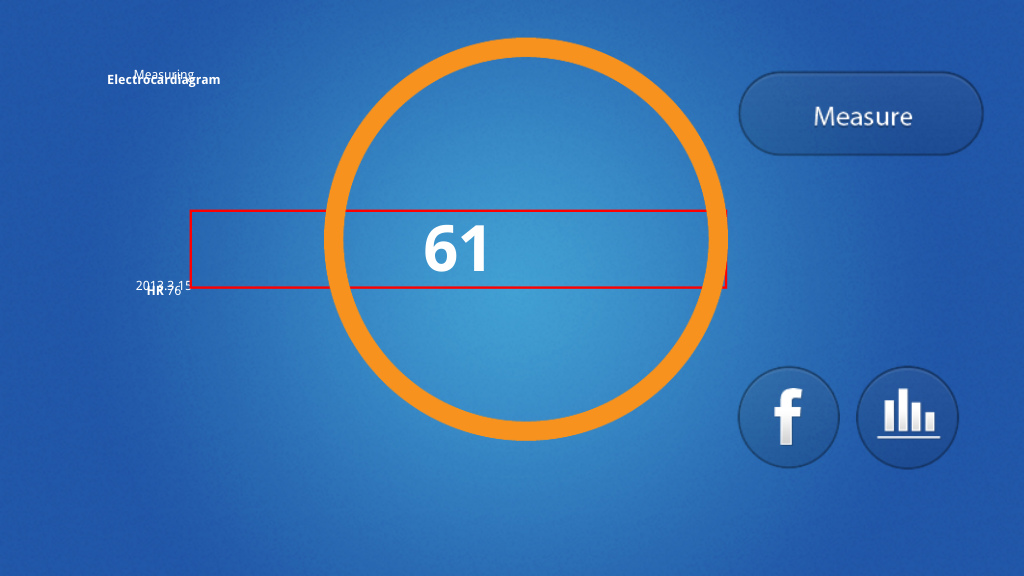
Repository: chouwill79131/IEcontest
Page: BluetoothChat/assets/complete.html
An editor plug-in stored every save of this project. The page is shown before and after the next save, followed by the edit.
The browser window is 1280 px wide. The pictures show the whole page, at 80% of full size.

Above is the page before, as saved 2013-03-08 18:06:18.
Console error: TypeError: Cannot set properties of null (setting 'innerHTML')

### BluetoothChat/assets/complete.html
<html>
  <head>
    <meta http-equiv="Content-Type" content="text/html; charset=utf-8"/>
    <link href="complete.css" rel="stylesheet"/>
    <script src="jquery.js"></script>
    <script src="highcharts.js"></script>
    <script src="delay.js"></script>
    <script src="main.js"></script>
  </head>
  <body>
    <div id="main" >
    	<div class="left">
			<div class="text">
				<div class="word">Electrocardiagram</div><br />
				<div class="subword">Measuring</div><br />

				<div class="hr">HR <span id="hr">76</span></div><br />
				<div class="date">2013.3.15</div>
			</div>

		</div>

		<div class="mid">
			<div class="score">61</div>
			<img class="circle" src="button/circle.png" />
		</div>

		<div class="right">
			<button class="measure"><img src="button/Measure.png" /></button><br />
			<button class="share" ><img src="button/Share.png" /></button>
			<button class="record"><img src="button/Record.png" /></button>
		</div>




	</div>
  </body>
</html>

### BluetoothChat/assets/complete.css
@font-face {
    font-family: droidsans;
    src: url(fonts/droidsans.ttf);
}

@font-face {
    font-family: DroidSans-Bold;
    src: url(fonts/DroidSans-Bold.ttf);
}

body { margin:0; padding:0;}
#main { width: auto; height: 100%; background-image: url(button/background.png); background-size: 100% 100%; }
.left, .mid, .right {float: left; height: 100%; }


.left {  width: 28%; padding-left:2%;}
.text, .hr , .date{ text-align: center; color:white;}
.word { margin-top: 25%;  font-family: DroidSans-Bold ; }
.subword, .date { margin-top:-12%; font-family: droidsans ;}
.hr {  margin-top: 65%;  font-family: DroidSans-Bold ;}
.date { font-family: droidsans ;}
#hr { font-family: droidsans ;}

.mid { width: 41%; }
.circle { width: auto; height:70%; margin-left: 4%; }
.score { text-align: center;border:solid red ; color:white;margin-top:50%; z-index: 1;  margin-left:-28% ; font-family: DroidSans-Bold ;font-size: 60pt;}
.circle { margin-top: -60%; z-index: 2; }

.right { width: 29%; }
.right button { float: left; border: none; background: transparent; }
.measure img {margin-top: 10%; width: auto;  height:15%; }
.share img, .record img { width: auto;  height:18%; }
.measure { margin-left: 2%; margin-top: 15%; }
.share, .record { background: red;margin-top: 70%; margin-left: 2%; }


<!--
border? font? .record_top
-->

### BluetoothChat/assets/delay.js

$(function(){
setTimeout(function(){
$.getScript("dy_chart.js");
},200)
})

### BluetoothChat/assets/main.js
var chart;
var step = 0.01;	//step0.008每秒125點	//0.005極限
var xstart = step;
var hr = "--";
var score = "--";
var index;
$(document).ready(function ready() {

    var s = "";
    var theDate = new Date();
    s += theDate.getYear()+1900 + ".";                //  年
    s += (theDate.getMonth() + 1) + ".";				// 月
    s += theDate.getDate(); 							// 日
    document.getElementById("date").innerHTML = s;
    index = document.getElementById("main").innerHTML; //保留首頁

    $(".measure").live("click", function() {
      measure();
    }); //click .measure


}); //(document).ready

function shared(){
	view1 = document.getElementById("rhythm").innerHTML;
	document.getElementById("rhythm").innerHTML = view1+'<img class="stop" src="button/complete.png" style="width:100%; margin-top: -50% ;z-index:5;position: relative;" />';
	$("#main").live("click", function() {
      document.getElementById("rhythm").innerHTML = view1;
    });
}

function complete(hr1,score1){
  hr = hr1;
  score = score1;
  view = document.getElementById("dy_chart").innerHTML;
  document.getElementById("dy_chart").innerHTML = view+'<img class="stop" src="button/Completed.png" style="width:50%; margin: -20% 0% 0% 25%; z-index:2;position: relative;" />';
  $(".stop").html('<img src="button/Continue.png" />');
}

function addSomething(a) {
  for (var i in a){
    chart.series[0].addPoint([xstart,a[i]],false,true);
    xstart += step;
  }
  chart.redraw();
}

function history(history){
	view2 = document.getElementById("main").innerHTML;
    $("#main").html(
    '<div class="main1">'+
	'<div class="contain">'+
	'<div id="dy_chart" style="z-index:1;position: relative;"></div>'+
	'</div>'+
	'<div id="foot">'+
	'<button class="stop">'+
	'<img src="button/Back.png" />'+
	'</button>'+
	'</div>'+
    '</div>'
    );

    Highcharts.setOptions({
      global: {
	useUTC: true
      }
    });

    hischart = new Highcharts.Chart({
      chart: {
		renderTo: 'dy_chart',
		backgroundColor: 'transparent',
		type: 'line',
      },
      title: {
		style:{ color: '#FFFFFF'},
		text: 'Measure history',
      },
      credits: {			// highchart.com
		enabled:false
      },
      legend: {  			// 線的標示
        enabled: false
      },
      xAxis: {
      	type: 'datetime',
		dateTimeLabelFormats: { // don't display the dummy year
	  		month: '%e. %b',
	  		year: '%b'
		},
		lineColor: '#FFFFFF',
		labels: {
	  		style: {
				color: '#FFFFFF',
			}
		}
	  },
	  yAxis: {
	    title: {text: 'Feeling',
	    			style: {
						color: '#FFFFFF',
					}
				},
	  	gridLineColor: '#FFFFFF',
	  	labels: {
	  		style: {
				color: '#FFFFFF',
			}
		}
	  },
	  plotOptions: {
                line: {
                    dataLabels: {
                        enabled: true,
                        color: '#FFFFFF',
                    },
                    enableMouseTracking: true,
                }
      },
	series: [{
	  name: 'measure history',
	  color: '#FFFFFF',
	  data: history
	}],
    });

    $(".stop").live("click", function(){
 //     hr = "--";
      $(".main1").html(view2);
 //     document.getElementById("hr").innerHTML = hr;
    });
};// .record click

function measure(){
	xstart = 0.01;
	$("#main").html('<div class="main1">'+
		'<div class="contain">'+
		'<div id="dy_chart" style="z-index:1;position: relative;"></div>'+
		'</div>'+
		'<div id="foot">'+
		'<button class="stop" onclick="window.MyHandler.disconnect()">'+
		'<img src="button/Stop.png" />'+
		'</button>'+
		'</div>'+
      	'</div>');
    Highcharts.setOptions({
      global: {useUTC: true }
    });
    chart = new Highcharts.Chart({
      chart: {
		renderTo: 'dy_chart',
		backgroundColor: 'transparent',
		type: 'spline',
		marginRight: 10,
      },
      credits: {enabled:false},
      title: {
		style:{ color: '#FFFFFF'},
		text: 'Electrondiagram',
      },
      xAxis: {
		type: 'x Axis',
		style:{ color: '#FFFFFF'},
		tickPixelInterval: 100,
		lineColor: '#FFFFFF',
		labels: {style: {color: '#FFFFFF'}},
      },
      yAxis: {
      	title: {
      		text: 'Score',
      		style: {color: '#FFFFFF'}},
	  		gridLineColor: '#FFFFFF',
	  		labels: {style: {color: '#FFFFFF'}},
			//max:1500,
			//min:0,
			title: {
	  			style:{ color: '#FFFFFF'},
	  			text: 'PPG'
	  		},
			plotLines: [{value: 0,width: 1}]
      	},
      	legend: {enabled: false},
      	exporting: {enabled: false},
      	plotOptions: {
			spline: {
	  			lineWidth: 1,
	  			states: {
	    			hover: {
	      				enabled: false,
	      				lineWidth: 2
	    			}
	  			},
	  		marker: {
	    		enabled: false,
	    		states: {
	      			hover: {
						enabled: false,
	      			}
	    		}
	  		},
		}
      }, // yAxis
      series: [{
		name: 'Data',
		color: '#FFFFFF',
		data: (function() {
	  		var data = [];
	  		var step = 0.01;	//step0.008每秒125點	//0.005極限
			var xstart = step;
	  		for (var i = -4; i <= xstart; i+=step){data.push({x: i,y: 0 });}
	  		return data;
		})()
		}]
    }); //Highcharts

    hr = '--';
    score = '--';
    $(".stop").live("click",function() {
      $(".main1").html(index);
      document.getElementById("hr").innerHTML = hr;
      document.getElementById("rhythm").innerHTML = '<div id="score">'+score+'</div><img class="circle" src="button/circle.png" />';
    }); //click .stop
}

### BluetoothChat/assets/dy_chart.js
var chart;
var step = 0.01;	//step0.008每秒125點	//0.005極限
var xstart = step;
//a = Math.random();
var hr = 15;
var score = 80;
function complete(hr1,score1){
	hr = hr1;
	score = score1;
	view = document.getElementById("dy_chart").innerHTML;
	document.getElementById("dy_chart").innerHTML = view+'<img class="stop" src="button/60.png" style="width:50%; margin: -20% 0% 0% 25%; z-index:2;position: relative;" /><br />'+hr+',<br />'+score;
}

function addSomething(a) {
//	setInterval(function() {        			 // for testing feq
	for (var i in a){
		chart.series[0].addPoint([xstart,a[i]],false,true);
		xstart += step;
	}

	/**
	chart.series[0].addPoint([xstart,a],false,true);
	xstart += step;
	**/

	chart.redraw();
//	}, 1000);									// for testing feq
}



$(function () {
	$(".stop").click(function() {
	$(".main1").html('  <div id="main" >'+
    	'<div class="left">'+
			'<div class="text">'+
				'<div class="word">Electrocardiagram</div><br />'+
				'<div class="subword">Measuring</div><br />'+
				'<div class="hr">HR <span id="hr"></span></div>'+
				'<div id="date"></div>'+
			'</div>'+
		'</div>'+
		'<div class="mid" id="mid">'+
			'<div class="score">84</div>'+
			'<img class="circle" src="button/circle.png" />'+
		'</div>'+
		'<div class="right">'+
			'<button class="measure"><img src="button/Measure.png" /></button><br />'+
			'<button class="share" ><img src="button/Share.png" /></button>'+
			'<button class="record"><img src="button/Record.png" /></button>'+
		'</div>'+
	'</div>');
 // 		window.location.href = "complete.html";
	});
    $(document).ready(function() {
        Highcharts.setOptions({
            global: {
                useUTC: false
            }
        });

        chart = new Highcharts.Chart({
            chart: {
                renderTo: 'dy_chart',
                backgroundColor: 'transparent',
                type: 'spline',
                marginRight: 10,
            },
            credits: {
            enabled:false
            }
            ,
            title: {
            	style:{ color: '#FFFFFF'},
                text: 'Electrondiagram',
            },
            xAxis: {
                type: 'x Axis',
                style:{ color: '#FFFFFF'},
                tickPixelInterval: 150
            },
            yAxis: {
            	max:1500,
            	min:0,
                title: {
                	style:{ color: '#FFFFFF'},
                    text: 'Value'
                },
                plotLines: [{
                    value: 0,
                    width: 1,
                }]
            },

            legend: {
                enabled: false
            },
            exporting: {
                enabled: false
            },
	    plotOptions: {
                spline: {
                   lineWidth: 1,
                   states: {
                       hover: {
                       	enabled: false,
                        lineWidth: 2
                       }
                   },
                   marker: {
                      enabled: false,
                      states: {
                          hover: {
                             enabled: false,
                          }
                      }
                  },
               }
            },
            series: [{
                name: 'Data',
                color: '#FFFFFF',
                data: (function() {
                    // generate an array of random data
                    var data = [],
                        time = (new Date()).getTime(),i;

                    for (i = -4; i <= xstart; i+=step) {
                        data.push({
                            x: i,
                            y: 0
                        });
                    }
                    return data;
                })()
            }]
        });
    });
});

Loaded but not shown: BluetoothChat/assets/jquery.js (library); BluetoothChat/assets/highcharts.js (library)

After the next save:
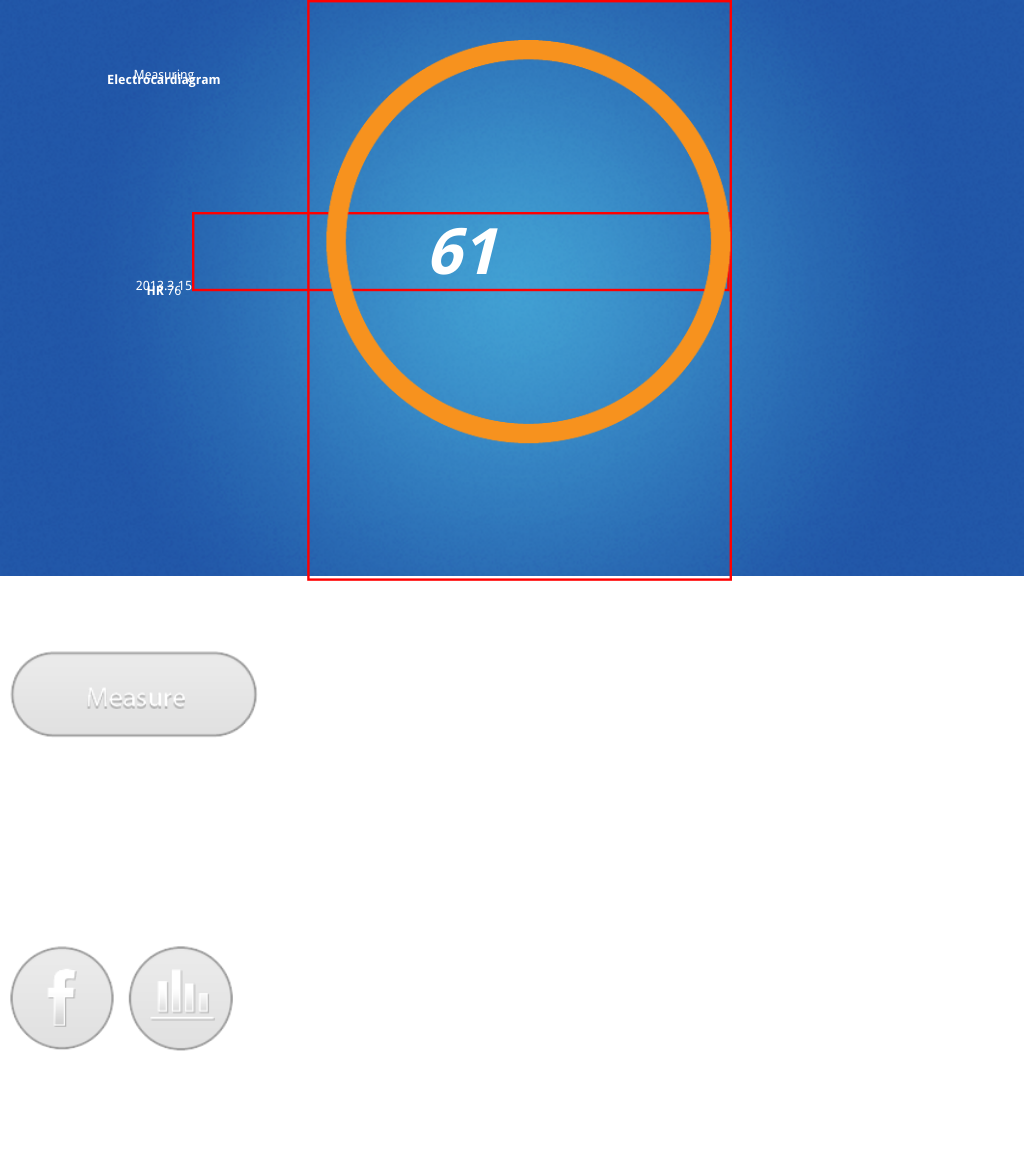
Saved 56 s later.
--- a/BluetoothChat/assets/complete.css
+++ b/BluetoothChat/assets/complete.css
@@ -21,9 +21,9 @@ body { margin:0; padding:0;}
 .date { font-family: droidsans ;}
 #hr { font-family: droidsans ;}
 
-.mid { width: 41%; }
+.mid { border:solid red ;width: 41%; }
 .circle { width: auto; height:70%; margin-left: 4%; }
-.score { text-align: center;border:solid red ; color:white;margin-top:50%; z-index: 1;  margin-left:-28% ; font-family: DroidSans-Bold ;font-size: 60pt;}
+.score { text-align: center;border:solid red ; color:white;margin-top:50%; z-index: 1;  margin-left:-28% ; font-family: DroidSans-Bold;font-style: italic; ;font-size: 60pt;}
 .circle { margin-top: -60%; z-index: 2; }
 
 .right { width: 29%; }
